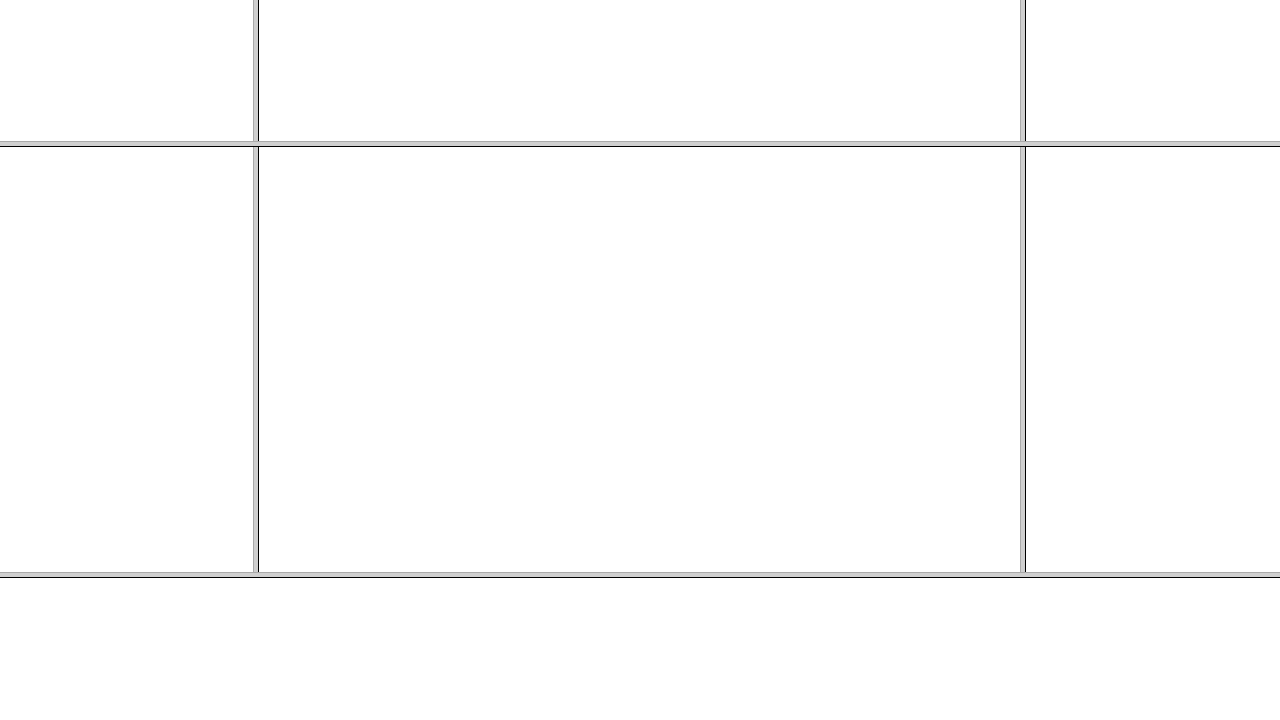
Repository: paul2oh/hellowjava
Page: workspace/javastart_svn/src/javastart/WebContent/clientPrg/a01_html/h01_frame.html
The author's editor kept a copy of each file at every save. The page is drawn from the files as they stood at one save, then again after the next save.
The browser window is 1280 px wide. The pictures show the whole page.

Above is the page before, as saved 2017-01-04 09:34:09.

After the next save:
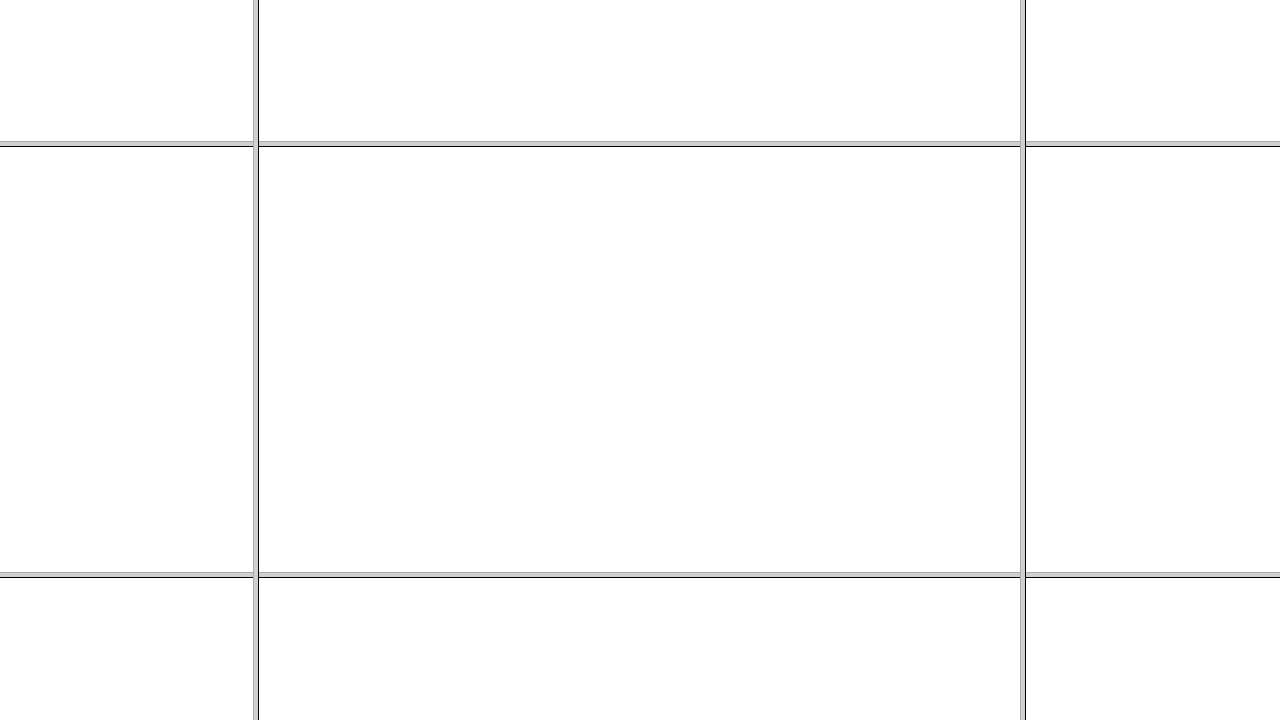
Saved 3 min 15 s later.
--- a/workspace/javastart_svn/src/javastart/WebContent/clientPrg/a01_html/h01_frame.html
+++ b/workspace/javastart_svn/src/javastart/WebContent/clientPrg/a01_html/h01_frame.html
@@ -4,18 +4,22 @@
 <meta charset="UTF-8">
 <title>Insert title here</title>
 </head>
+
+<frameset cols="20%,60%,20%">
 <frameset rows="20%,60%,20%">
-<frameset cols="20%,60%,20%">
 <frame />
 <frame />
 <frame />
 </frameset>
-<frameset cols="20%,60%,20%">
+<frameset rows="20%,60%,20%">
 <frame />
 <frame />
 <frame />
 </frameset>
+<frameset rows="20%,60%,20%">
+<frame />
+<frame />
 <frame />
 </frameset>
-
+</frameset>
 </html>
